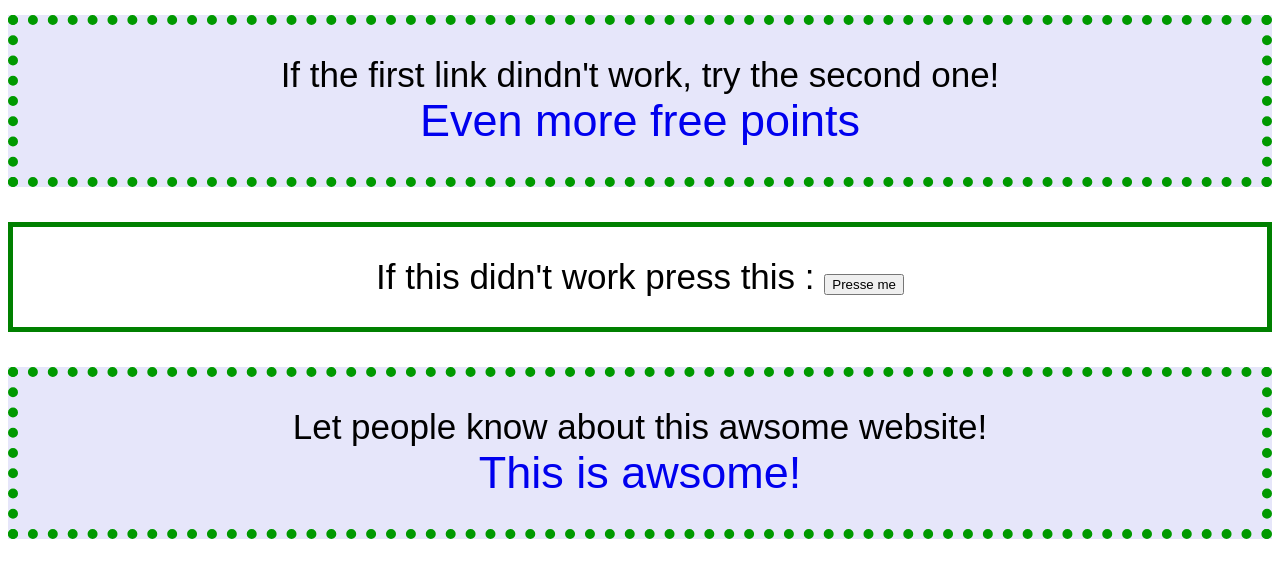
Repository: CountryFalls/POEfansite
Page: index.html
The author's editor kept a record of every edit. The page is drawn from the files as they stood at one moment, then again after the next edit.
The browser window is 1280 px wide. The pictures show the part of the page from y = 604 to 1204 px (the page is 1178 px tall before and 1204 px after).
A picture or video elsewhere on the page could not be fetched, so the positions and the page height are approximate.

Above is the page before.

After the next edit:
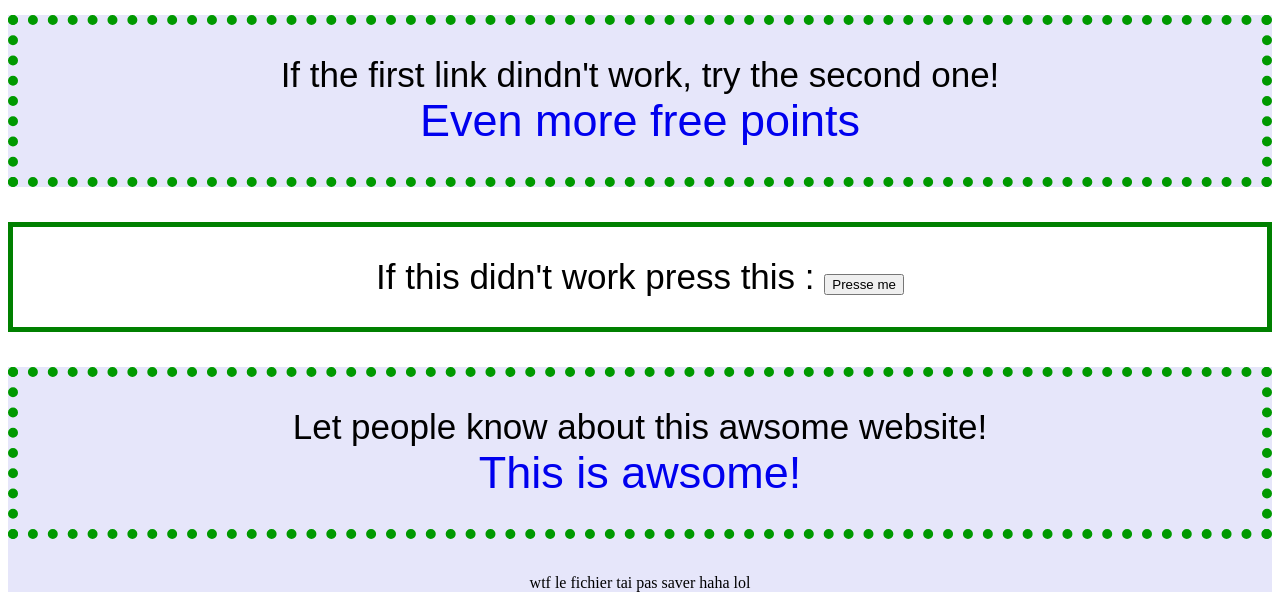
The edit:
--- a/index.html
+++ b/index.html
@@ -46,3 +46,5 @@
     </script>
 </body>
 </html>
+wtf le fichier tai pas saver haha
+lol
